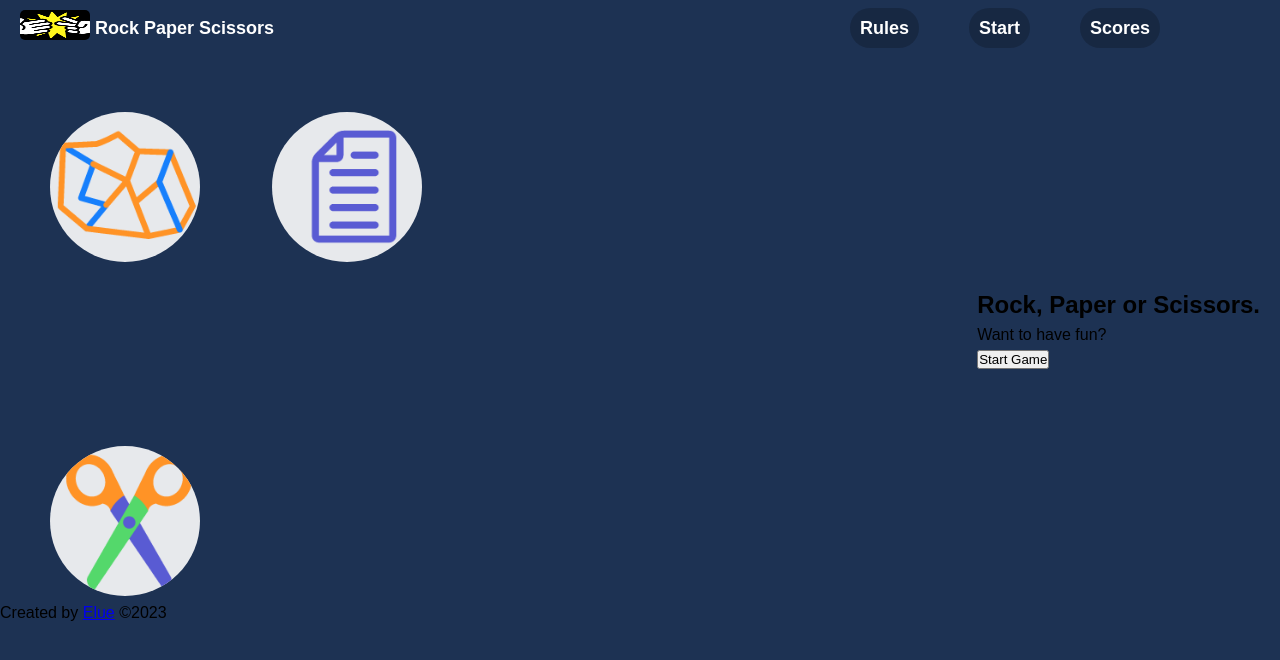
Repository: MikkyPrestige/rock-paper-scissors
Page: index.html
The author's editor kept a copy of each file at every save. The page is drawn from the files as they stood at one save, then again after the next save.
The browser window is 1280 px wide. The pictures show the whole page.

Above is the page before, as saved 2023-05-08 04:44:05.

### index.html
<!DOCTYPE html>
<html lang="en">

<head>
  <meta charset="UTF-8">
  <meta http-equiv="X-UA-Compatible" content="IE=edge">
  <meta name="viewport" content="width=device-width, initial-scale=1.0">
  <title>Rock, Paper or Scissors Game</title>
  <link rel="stylesheet" href="./index.css">
  <!-- <script src="./index.js" defer></script> -->
</head>

<body>
  <main>
    <header>
      <figure>
        <a href="/">
          <img src="./img/logo.png" alt="Logo" class="logo">
        </a>
        <figcaption>Rock Paper Scissors</figcaption>
      </figure>
      <nav>
        <ul>
          <li><a href="#">Rules</a></li>
          <li><a href="#">Start</a></li>
          <li><a href="#">Scores</a></li>
        </ul>
      </nav>
    </header>
    <section class="home">
      <div class="images">
        <img src="./img/Rock.gif" alt="Rock image" class="img rock">
        <img src="./img/Paper.gif" alt="Paper image" class="img paper">
        <img src="./img/Scissors.gif" alt="Scissors image" class="img scissors">
      </div>
      <div class="content">
        <h1>Rock, Paper or Scissors.</h1>
        <p>Want to have <span>fun?</span></p>
        <button type="submit" class="btn">Start Game</button>
      </div>
    </section>

    <footer>
      <p>Created by <a href="#" target="_blank">Elue</a> &copy;2023</p>
    </footer>
  </main>
</body>

</html>

### index.css
*,
*::after,
*::before {
  box-sizing: border-box;
  margin: 0;
  padding: 0;
}

html {
  font-size: 62.5%;
}

body {
  font-family: "Fira Sans", sans-serif;
  font-size: 1.6rem;
  line-height: 1.5;
  background: rgba(29, 50, 83, 1);
  width: 100%;
  height: 100%;
}

main {
  display: flex;
  flex-direction: column;
  justify-content: center;
  gap: 2rem;
  height: 100%;
  width: 100%;
}

header {
  display: flex;
  justify-content: space-between;
  align-items: center;
  padding: 1rem 2rem;
  width: 100%;
  height: auto;
}

figure {
  display: flex;
  align-items: center;
  gap: .5rem;
  height: auto;
}

.logo {
  width: 7rem;
  height: 3rem;
  border-radius: .5rem;
  -webkit-border-radius: .5rem;
  -moz-border-radius: .5rem;
  -ms-border-radius: .5rem;
  -o-border-radius: .5rem;
}

figcaption {
  font-size: 1.8rem;
  font-weight: 600;
  color: rgba(255, 255, 255, 1);
}

nav {
  height: auto;
  margin-right: 10rem;
}

ul {
  display: flex;
  justify-content: center;
  align-items: center;
  gap: 5rem;
  list-style: none;
}

li a {
  font-size: 1.8rem;
  font-weight: 600;
  color: rgba(255, 255, 255, 1);
  background: linear-gradient(0deg, rgba(0, 0, 0, 0.2), rgba(0, 0, 0, 0.2)), #1D3253;
  text-decoration: none;
  padding: 1rem;
  border-radius: 2rem;
}

li a:hover {
  background: rgba(255, 255, 255, 1);
  color: rgba(29, 50, 83, 1);
  text-decoration: underline;
}

.home {
  display: flex;
  justify-content: space-between;
  align-items: center;
  padding: 1rem 2rem;
  width: 100%;
  height: 70vh;
}

.images {
  position: relative;
  height: 100%;
  flex-basis: 30%;
  margin: 10rem 3rem 5rem 3rem;
}

.img {
  background: rgba(253, 253, 253, 0.9);
  border-radius: 50%;
  -webkit-border-radius: 50%;
  -moz-border-radius: 50%;
  -ms-border-radius: 50%;
  -o-border-radius: 50%;
  width: 15rem;
  height: 15rem;
}

.rock {
  position: absolute;
  top: 0;
  left: 0;
}

.paper {
  position: absolute;
  top: 0;
  right: 0;
}

.scissors {
  position: absolute;
  bottom: 0;
  left: 0;
}

After the next save:
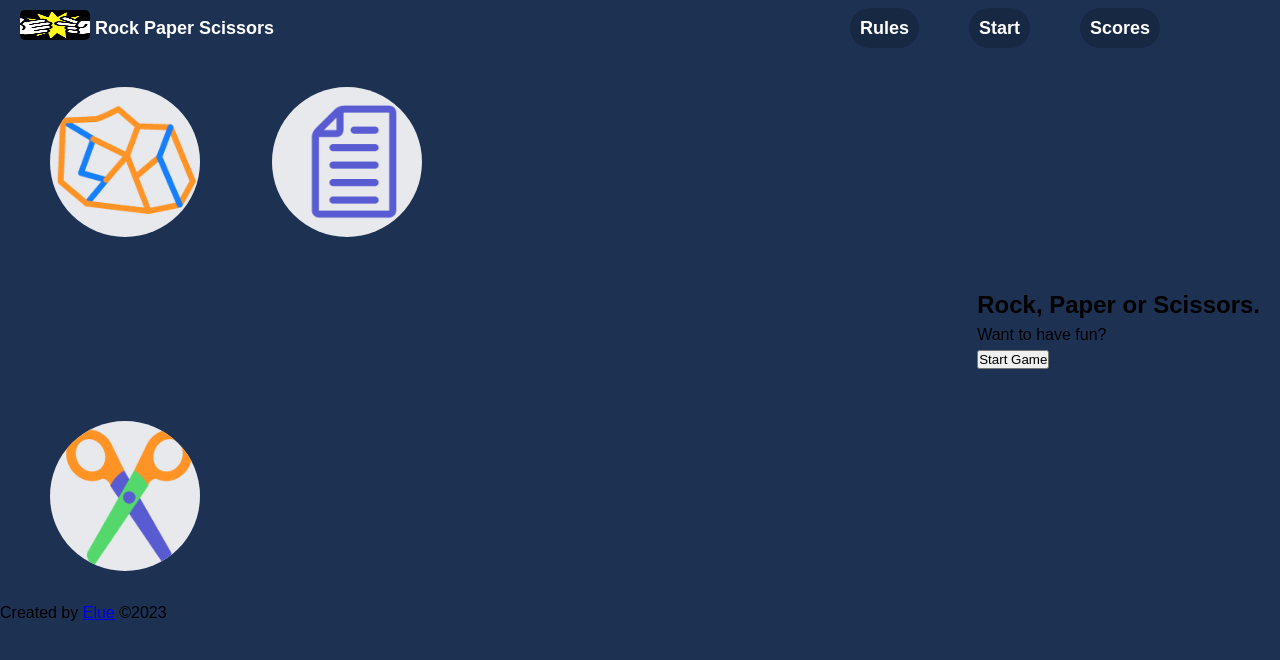
Saved 5 s later.
--- a/index.css
+++ b/index.css
@@ -102,7 +102,7 @@ li a:hover {
   position: relative;
   height: 100%;
   flex-basis: 30%;
-  margin: 10rem 3rem 5rem 3rem;
+  margin: 10rem 3rem 10rem 3rem;
 }
 
 .img {
